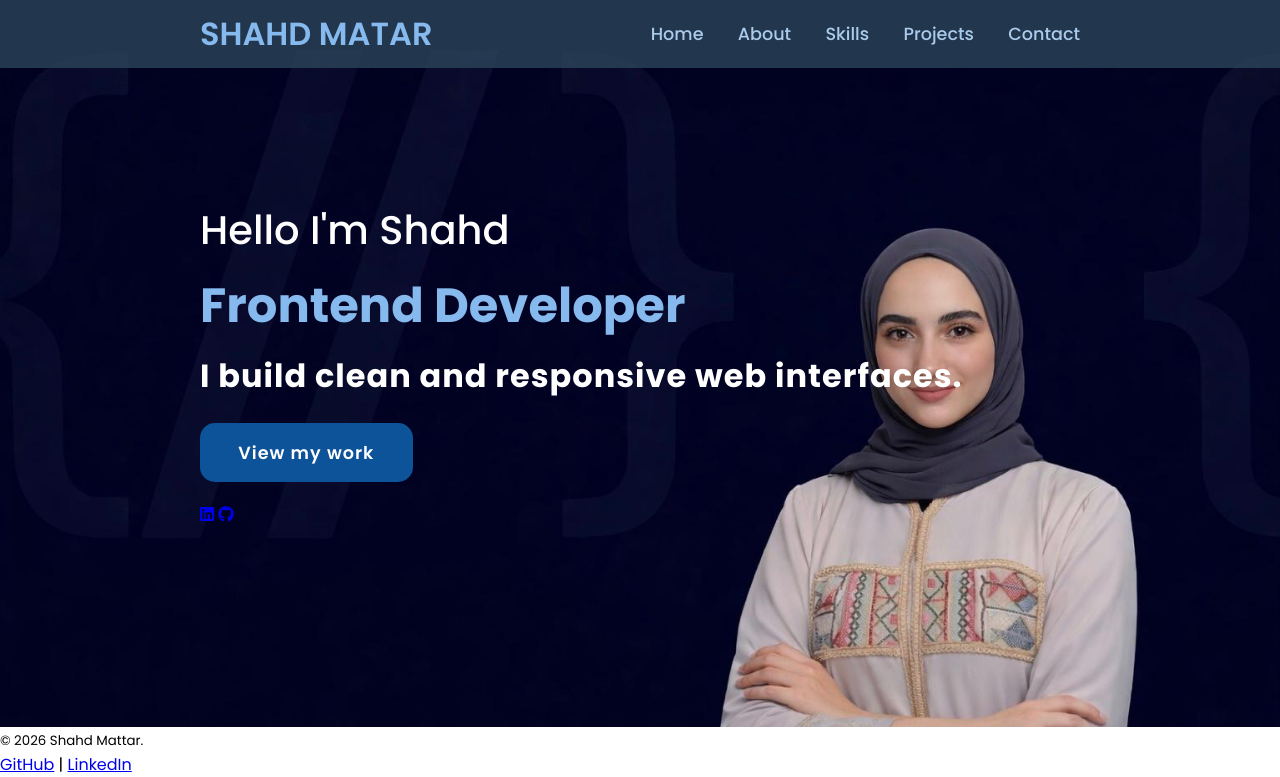
Repository: shahdmattar/personal-landing-page
Page: index.html
An editor plug-in stored every save of this project. The page is shown before and after the next save, followed by the edit.
The browser window is 1280 px wide. The pictures show the whole page.
Backgrounds fixed to the window are drawn as part of the page.

Above is the page before, as saved 2026-04-15 12:00:39.

After the next save:
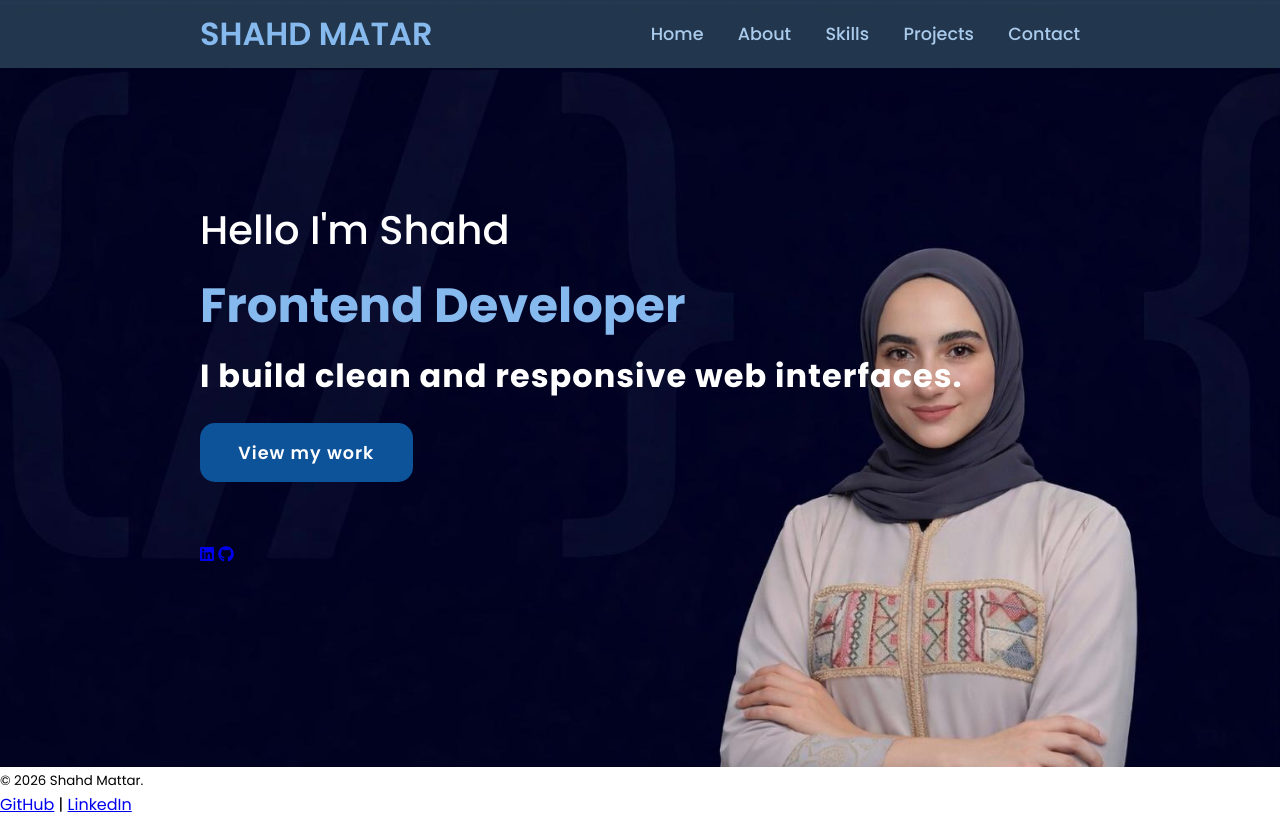
Saved 5 s later.
--- a/style.css
+++ b/style.css
@@ -90,7 +90,7 @@ section{
   letter-spacing:1px;
   border-radius:15px;
   margin-top: 20px;
-  margin-bottom: ;
+  margin-bottom: 40px;
 }
 .main .social-icons{
   margin-top: 20px;
